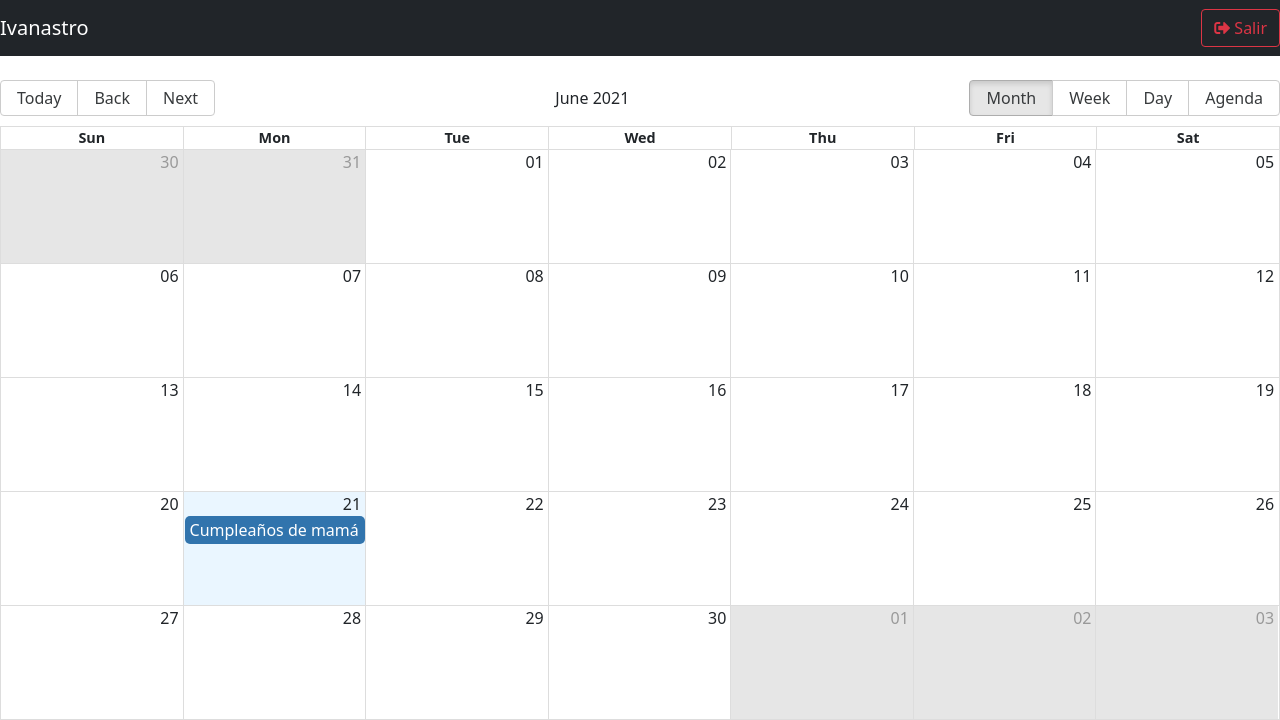
Repository: ivanmedina/react_udemy
Page: / (app in 08-calendar-app/)
These files come from the project's save history. The page is drawn as it stood at one moment and after the next save; the edit follows.
The browser window is 1280 px wide. The pictures show the whole page.
The project was rebuilt for these pictures with package versions that can differ from the ones it lists, and the page was loaded fresh each time. Also part of the build but not shown: 08-calendar-app/src/router/AppRouter.js. Imported but missing from the stored project, and not drawn on this page: 08-calendar-app/src/components/auth/LoginScreen.

Above is the page before, as saved 2021-06-21 14:41:37.

### 08-calendar-app/public/index.html
<!DOCTYPE html>
<html lang="en">
  <head>
    <meta charset="utf-8" />
    <link rel="icon" href="%PUBLIC_URL%/favicon.ico" />
    <meta name="viewport" content="width=device-width, initial-scale=1" />
    <meta name="theme-color" content="#000000" />
    <meta
      name="description"
      content="Web site created using create-react-app"
    />
    <link rel="apple-touch-icon" href="%PUBLIC_URL%/logo192.png" />
    <!--
      manifest.json provides metadata used when your web app is installed on a
      user's mobile device or desktop. See https://developers.google.com/web/fundamentals/web-app-manifest/
    -->
    <link rel="manifest" href="%PUBLIC_URL%/manifest.json" />
    <!--
      Notice the use of %PUBLIC_URL% in the tags above.
      It will be replaced with the URL of the `public` folder during the build.
      Only files inside the `public` folder can be referenced from the HTML.

      Unlike "/favicon.ico" or "favicon.ico", "%PUBLIC_URL%/favicon.ico" will
      work correctly both with client-side routing and a non-root public URL.
      Learn how to configure a non-root public URL by running `npm run build`.
    -->
    <link href="https://cdn.jsdelivr.net/npm/bootstrap@5.0.1/dist/css/bootstrap.min.css" rel="stylesheet" integrity="sha384-+0n0xVW2eSR5OomGNYDnhzAbDsOXxcvSN1TPprVMTNDbiYZCxYbOOl7+AMvyTG2x" crossorigin="anonymous">
    <link rel="stylesheet" href="https://cdnjs.cloudflare.com/ajax/libs/font-awesome/5.15.3/css/all.min.css" integrity="sha512-iBBXm8fW90+nuLcSKlbmrPcLa0OT92xO1BIsZ+ywDWZCvqsWgccV3gFoRBv0z+8dLJgyAHIhR35VZc2oM/gI1w==" crossorigin="anonymous" referrerpolicy="no-referrer" />
    <title>React App</title>
  </head>
  <body>
    <noscript>You need to enable JavaScript to run this app.</noscript>
    <div id="root"></div>
    <!--
      This HTML file is a template.
      If you open it directly in the browser, you will see an empty page.

      You can add webfonts, meta tags, or analytics to this file.
      The build step will place the bundled scripts into the <body> tag.

      To begin the development, run `npm start` or `yarn start`.
      To create a production bundle, use `npm run build` or `yarn build`.
    -->
  </body>
</html>

### 08-calendar-app/src/index.js
import React from 'react';
import ReactDOM from 'react-dom';
import './styles.css';
import { CalendarApp } from './CalendarApp';
ReactDOM.render(
    <CalendarApp />,
  document.getElementById('root')
);

### 08-calendar-app/src/styles.css
html, body{
    height: 100vh;
    width: 100vw;
}

.calendar-screen{
    display:flex;
    flex-flow: column;
    height:100vh;
}

.rbc-calendar{
    height: 100%;
}

### 08-calendar-app/src/CalendarApp.js
import React from 'react'
import {
  BrowserRouter as Router,
  Switch,
  Route,
  Redirect
} from "react-router-dom";
import { LoginScreen } from './components/auth/LoginScreen';
import { CalendarScreen } from './components/calendar/CalendarScreen';
import { AppRouter } from './router/AppRouter'
export const CalendarApp = () => {
    return (
        <Router >
            <div>
                <Switch>
                    <Route exact path='/login' component={LoginScreen}/>
                    <Route exact path='/' component={CalendarScreen}/>
                    <Redirect to='/' />
                </Switch>
            </div>
        </Router>
    )
}

### 08-calendar-app/src/components/calendar/CalendarScreen.js
import React from 'react'
import { Calendar, momentLocalizer  } from 'react-big-calendar'
import 'react-big-calendar/lib/css/react-big-calendar.css';
import moment from 'moment'
import {Navbar} from './../ui/Navbar'
import { messages } from '../../helpers/calendar-messages-es';
export const CalendarScreen = () => {
    const localizer = momentLocalizer(moment) // or globalizeLocalizer
    const events=[{
        title:'Cumpleaños de mamá',
        start: moment().toDate(),
        end: moment().add( 2, 'hours' ).toDate(),
        bgcolor: '#fafafa'
    }];

    return (
        <div className="calendar-screen">
            <Navbar />
            <Calendar
                localizer={localizer}
                events={events}
                startAccessor="start"
                endAccessor="end"
            />
        </div>
    )
}

### 08-calendar-app/src/components/ui/Navbar.js
import React from 'react'

export const Navbar = () => {
    return (
        <div className="navbar navbar-dark bg-dark mb-4">
            <span className="navbar-brand">
                Ivanastro
            </span>
            <button className="btn btn-outline-danger">
                <i className="fas fa-sign-out-alt"></i>
                <span> Salir</span>
            </button>
        </div>
    )
}

Loaded but not shown: 08-calendar-app/src/helpers/calendar-messages-es.js (common file)

After the next save:
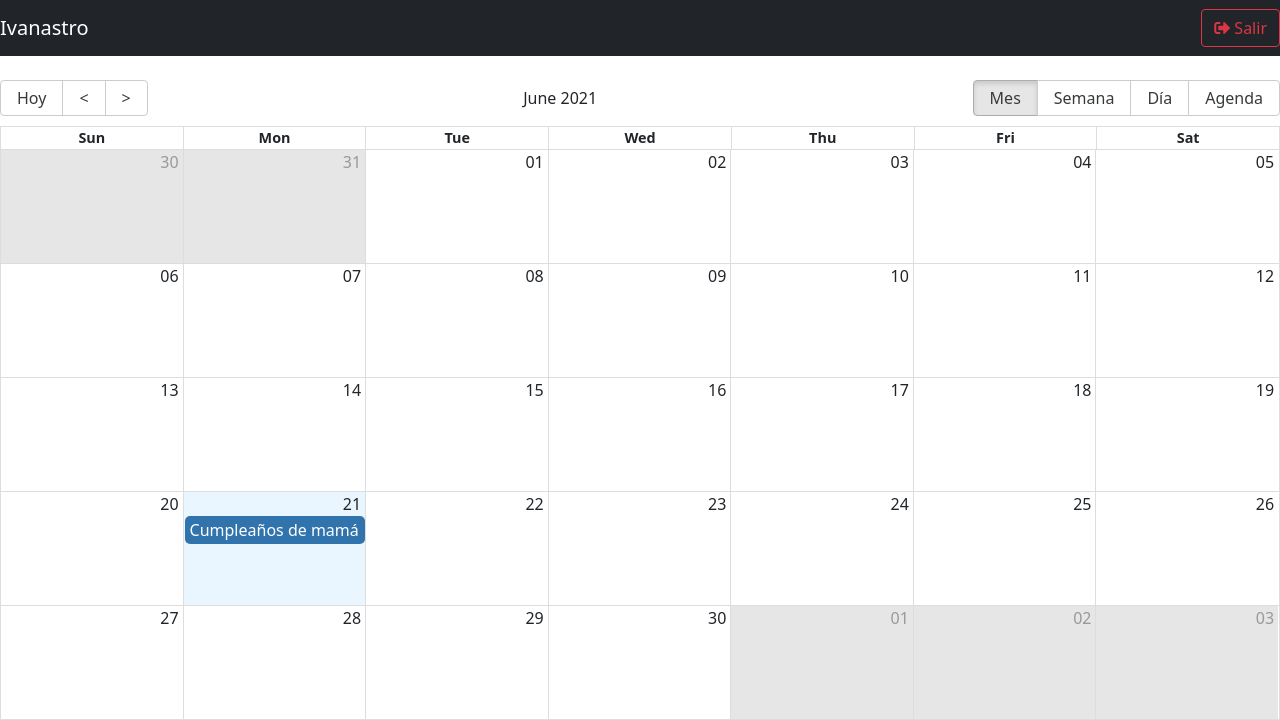
Saved 37 s later.
--- a/08-calendar-app/src/components/calendar/CalendarScreen.js
+++ b/08-calendar-app/src/components/calendar/CalendarScreen.js
@@ -21,6 +21,7 @@ export const CalendarScreen = () => {
                 events={events}
                 startAccessor="start"
                 endAccessor="end"
+                messages={messages}
             />
         </div>
     )
